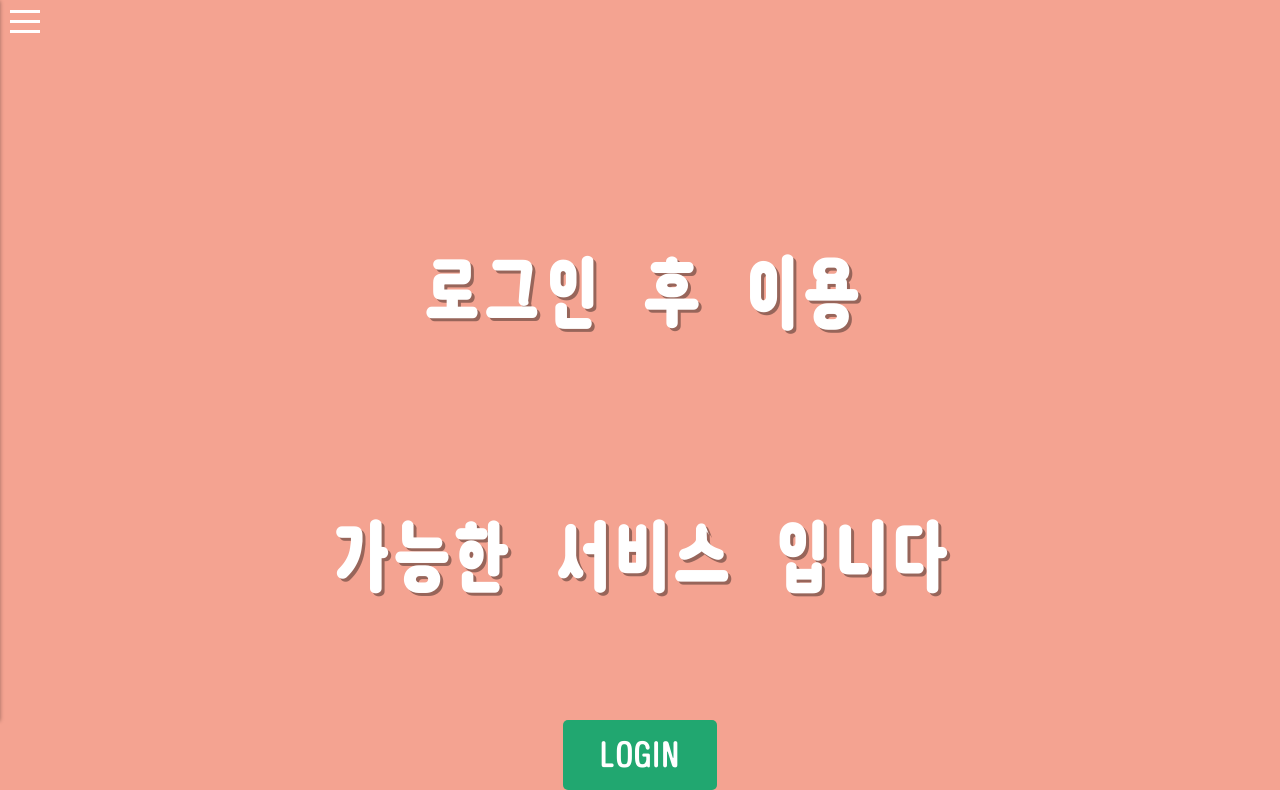
Repository: se-yoo/ChangeSeat
Page: http://localhost/ChangeSeat/info.jsp
The author's editor kept a copy of each file at every save. The page is drawn from the files as they stood at one save, then again after the next save.
The browser window is 1280 px wide. The pictures show the whole page.
Some web fonts or font styles are not loaded; a fallback is used. Some web libraries are served in a nearby version. The page is served by Tomcat 9.

Above is the page before, as saved 2018-06-26 02:54:28.

After the next save:
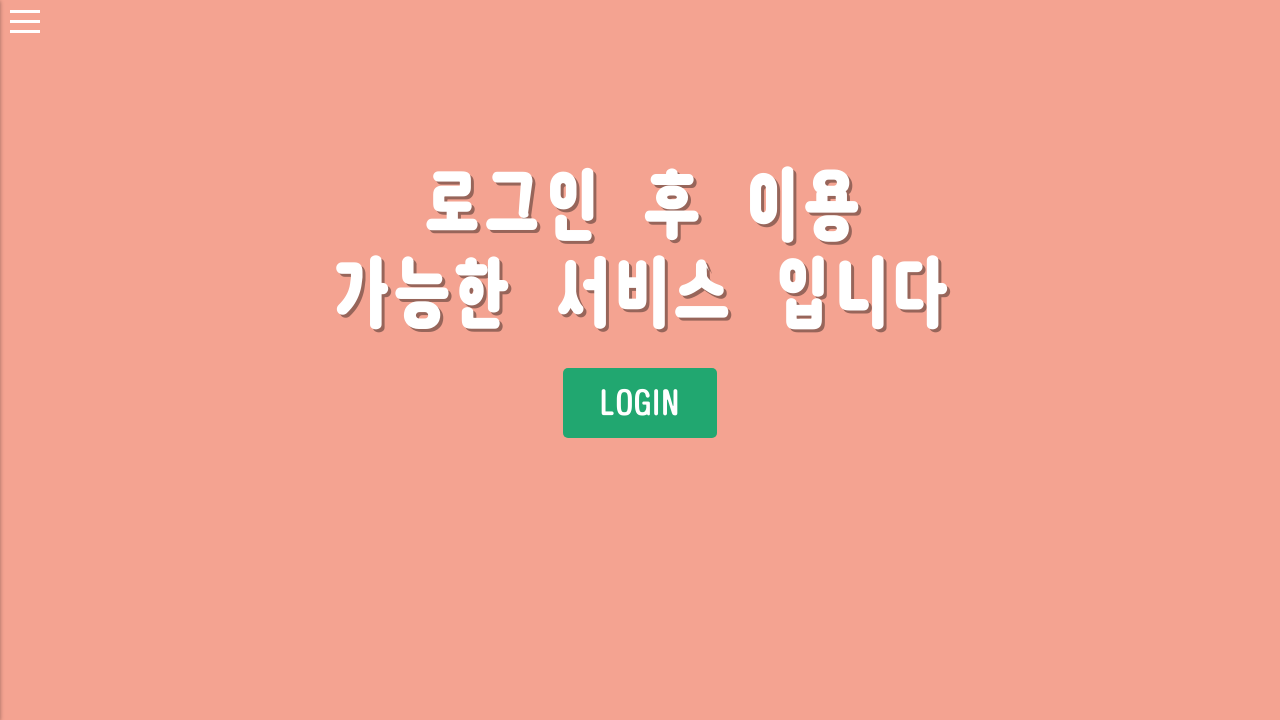
Saved 18 s later.
--- a/ChangeSeat/WebContent/infoNotMember.jsp
+++ b/ChangeSeat/WebContent/infoNotMember.jsp
@@ -8,6 +8,6 @@
  <link rel="stylesheet" href="changeIndexStyle.css">
 </head>
 <body>
-	<h2 class="header" style="font-size:5em;line-height:3em;">로그인 후 이용<br>가능한 서비스 입니다</h2>
+	<h2 class="header" style="font-size:5em;line-height:1em;">로그인 후 이용<br>가능한 서비스 입니다</h2>
 	<a href="login.jsp"><button>LOGIN</button></a>
 </body>
